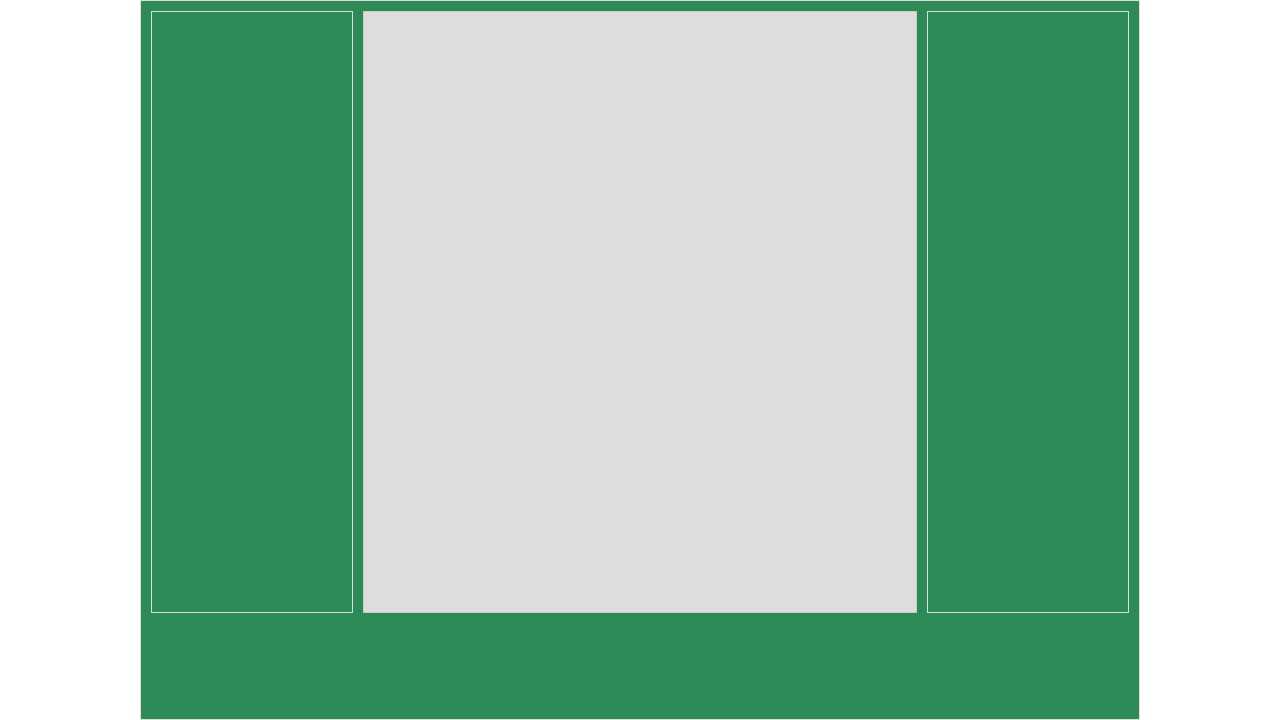
Repository: cw19931024/Demo
Page: drap.html
These files come from the project's save history. The page is drawn as it stood at one moment and after the next save; the edit follows.
The browser window is 1280 px wide. The pictures show the whole page.

Above is the page before, as saved 2017-07-26 16:47:19.

After the next save:
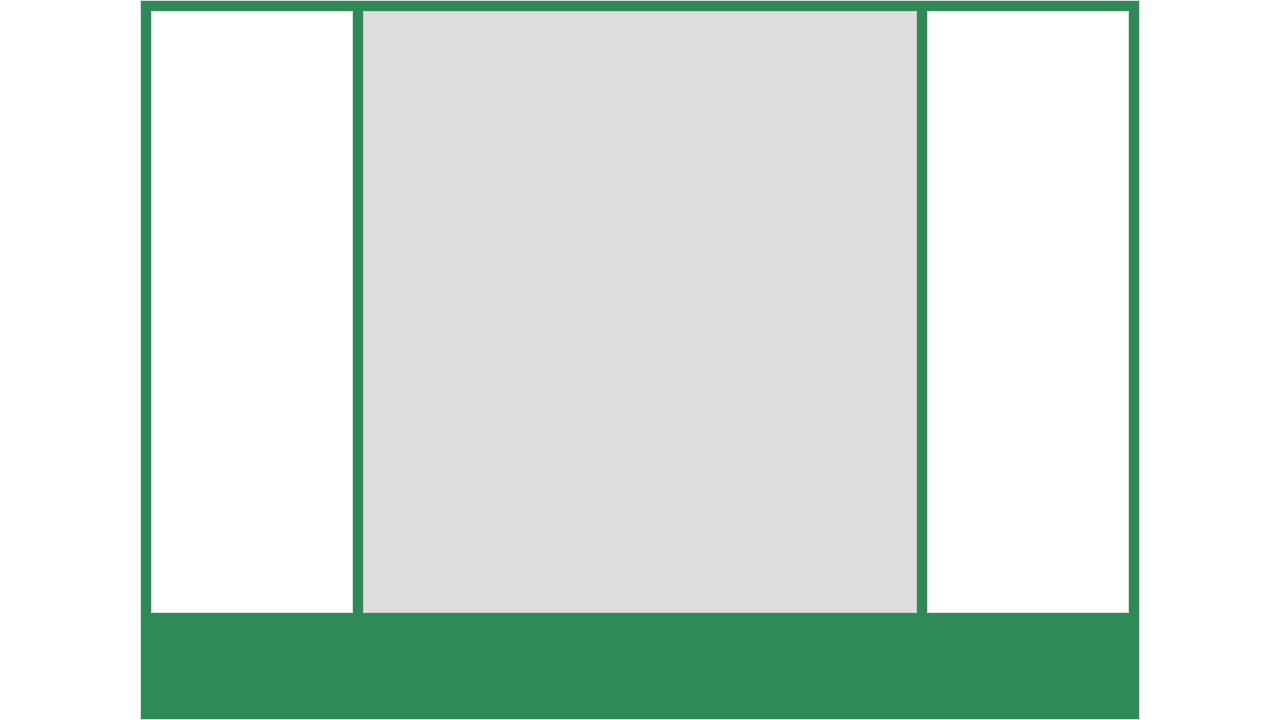
Saved 20 s later.
--- a/drap.html
+++ b/drap.html
@@ -6,7 +6,7 @@
         html,body{height: 100%;}
         .container{width: 1000px;margin: 0 auto;min-height: 100%;border:1px solid #ddd;padding: 10px;box-sizing: border-box;overflow: hidden;background: seagreen;}
         .container #content{min-height: 600px;border:1px solid #ccc;width: calc(100% - 426px);float: left;margin: 0 10px;background: #ddd;}
-        .container .input{width: 200px;border:1px solid #ddd;min-height:600px;float: left;}
+        .container .input{width: 200px;border:1px solid #ddd;min-height:600px;float: left;background:white;}
     </style>
 </head>
 <body>
